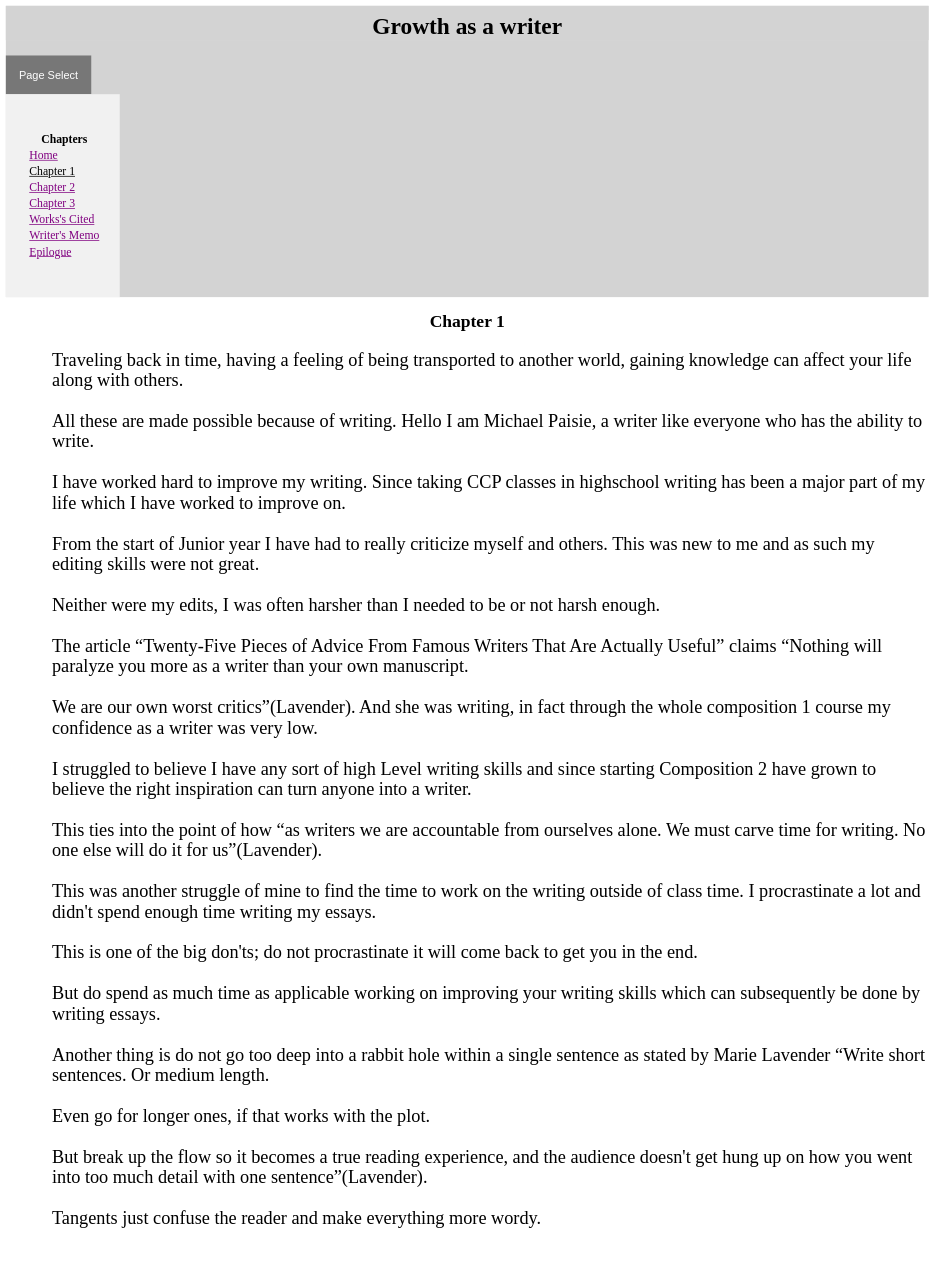
Repository: jpaisiem/WP-4
Page: Chapter1.html
An editor plug-in stored every save of this project. The page is shown before and after the next save, followed by the edit.
The browser window is 1280 px wide. The pictures show the whole page, at 73% of full size.

Above is the page before, as saved 2025-05-01 12:58:34.
Console error: TypeError: Cannot read properties of undefined (reading 'toggle')

After the next save:
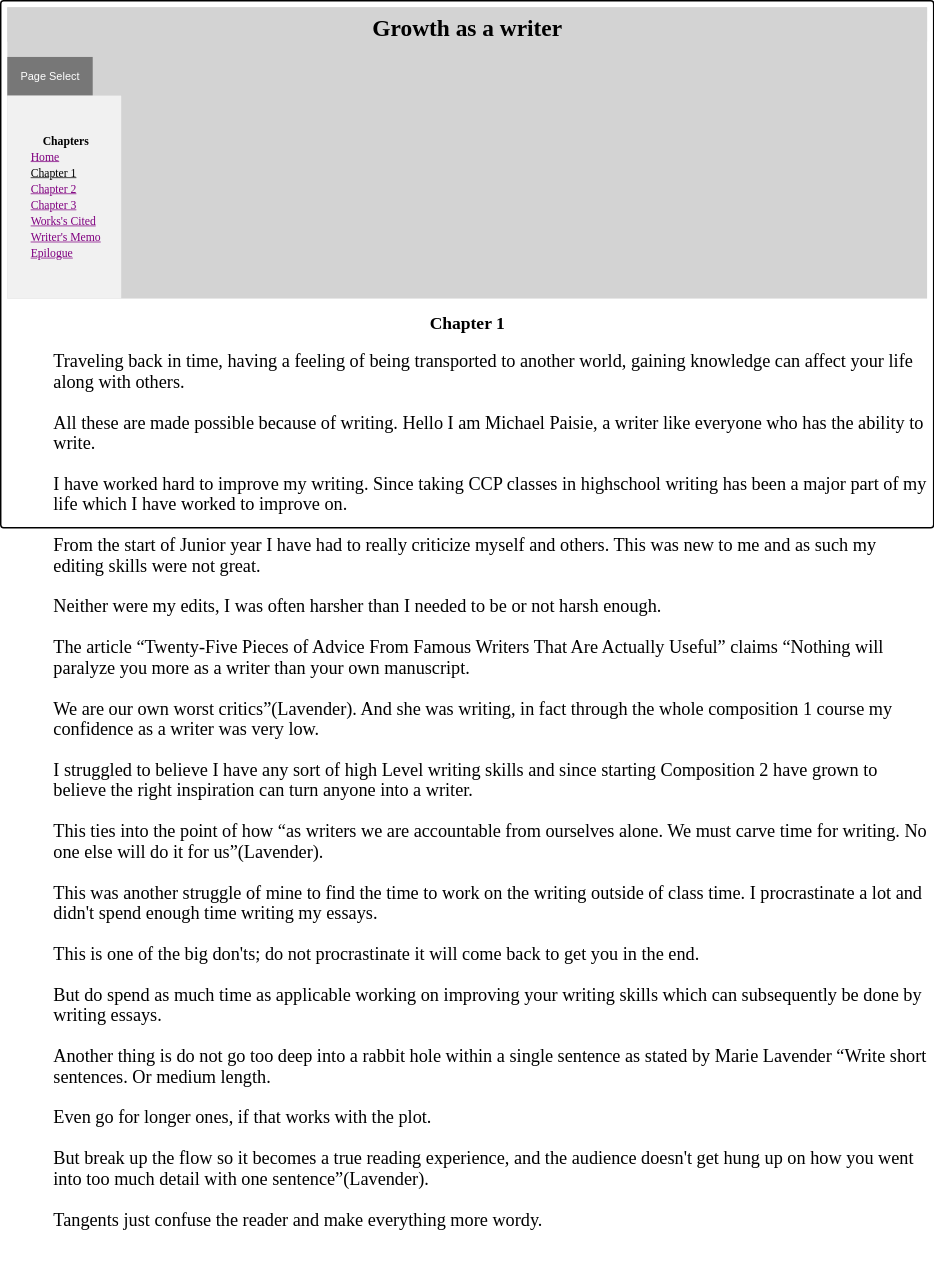
Saved 20 s later.
--- a/Chapter1.html
+++ b/Chapter1.html
@@ -34,6 +34,14 @@ p
  font-size: 25px;
  text-align: left;
  margin-left: 5%;
+}
+html
+{
+ border: 2px;
+ border-style: solid;
+ border-color: black;
+ border-radius: 5px;
+ height: 100%;
 }
 </style>
 <title>Growth as a writer - Chapter 1</title>
